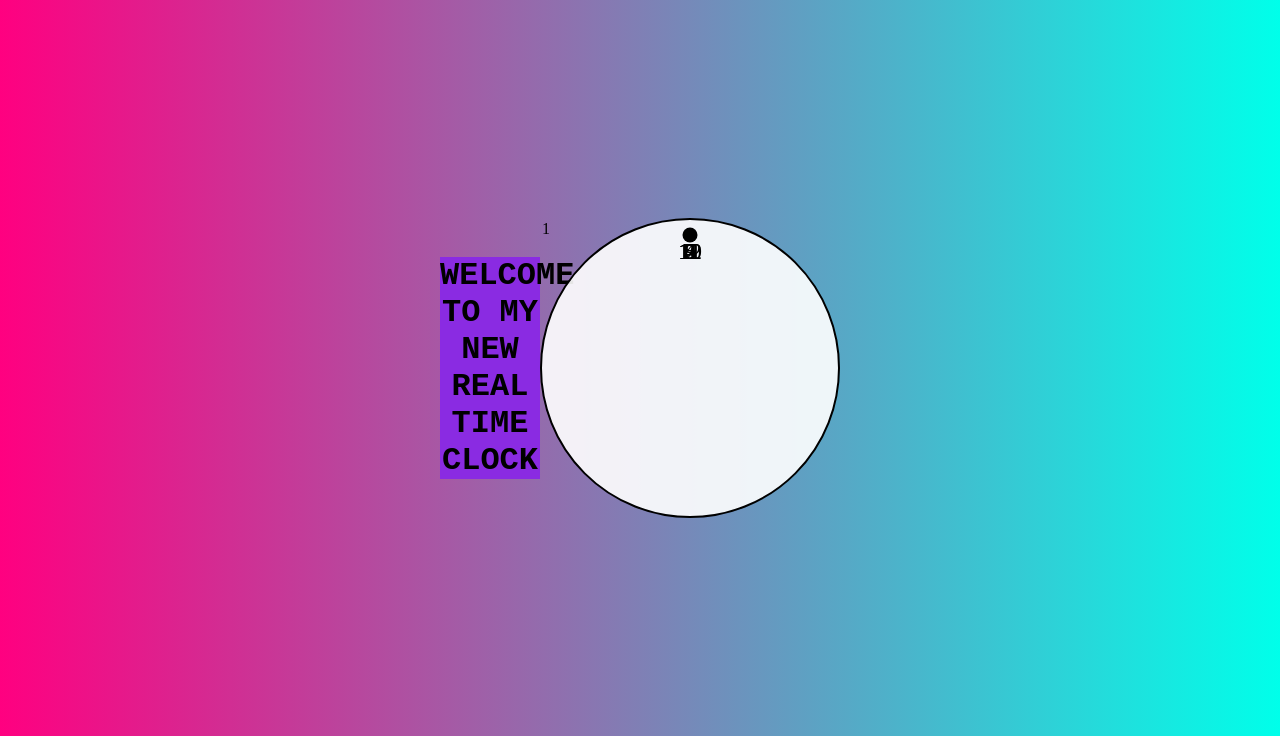
Repository: mirambialex/watch
Page: clock.html
The author's editor kept a copy of each file at every save. The page is drawn from the files as they stood at one save, then again after a run of saves.
The browser window is 1280 px wide. The pictures show the whole page.

Above is the page before, as saved 2024-04-30 11:08:54.
Console error: SyntaxError: Unexpected token '<'

After the next 5 saves:
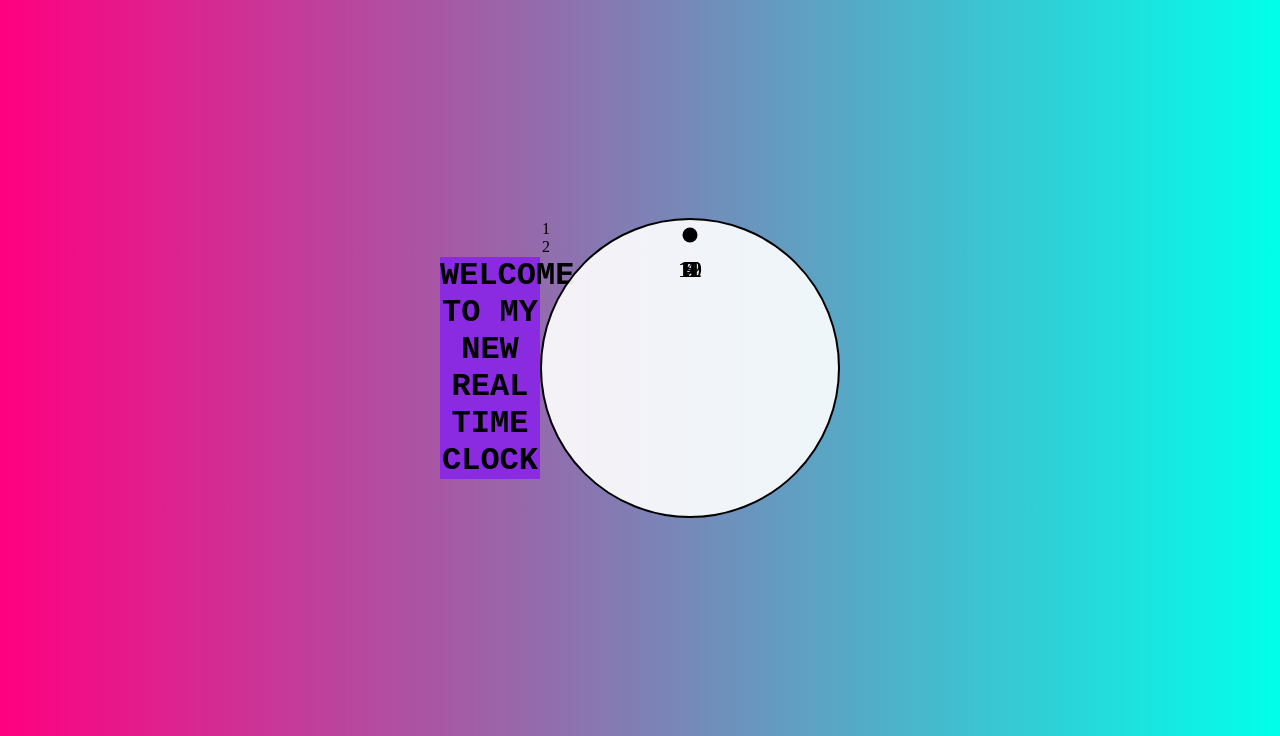
The 5 saves are shown as one change because they came seconds apart.
The last was saved 24 s later.
--- a/clock.html
+++ b/clock.html
@@ -14,7 +14,7 @@
         <div class="minute hand" data-minute-hand></div>
         <div class="second hand" data-second-hand></div>
         <div class="number number1">1</div>
-        <div class="NUMBER NUMBER2">2</div>
+        <div class="number name">2</div>
         <div class="NUMBER NUMBER3">3</div>
         <div class="NUMBER NUMBER4">4</div>
         <div class="NUMBER NUMBER5">5</div>
